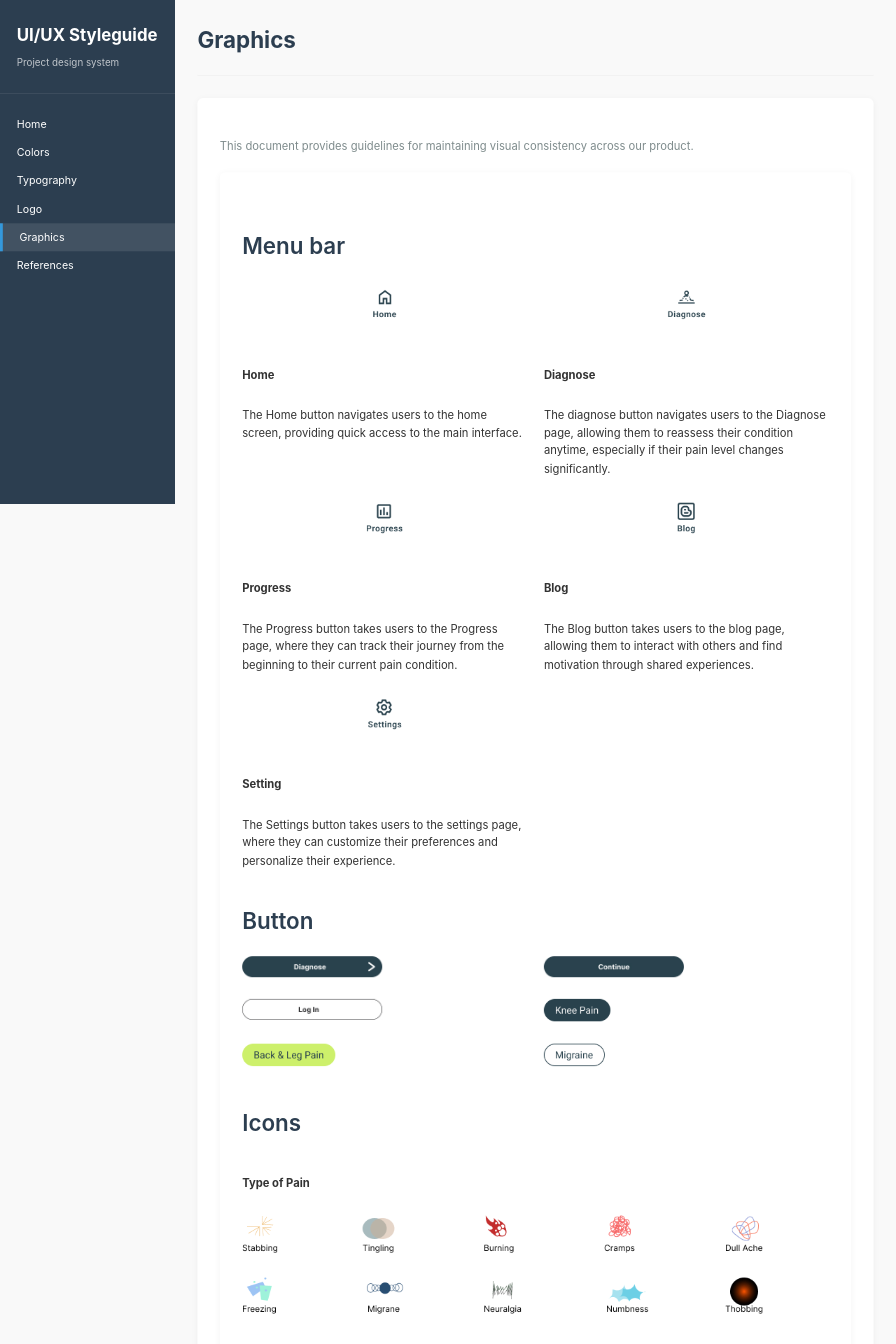
Repository: rosielee09/Heal_U
Page: graphics.html
These files come from the project's save history. The page is drawn as it stood at one moment and after the next save; the edit follows.
The browser window is 1280 px wide. The pictures show the part of the page from y = 0 to 1920 px (the page is 3079 px tall before and 2870 px after), at 70% of full size.

Above is the page before, as saved 2025-04-03 21:52:05.

### graphics.html
<!DOCTYPE html>
<html lang="en">
<head>
    <meta charset="UTF-8">
    <meta name="viewport" content="width=device-width, initial-scale=1.0">
    <link rel="stylesheet" href="styles.css">
    <title>Heal_U Styleguide</title>
</head>
<body>
    <div class="container">
        <!-- Sidebar Navigation -->
        <div class="sidebar">
            <div class="sidebar-header">
                <h1>UI/UX Styleguide</h1>
                <p>Project design system</p>
            </div>
            <ul class="nav">
                <li ><a href="index.html">Home</a></li>
                <li><a href="colors.html">Colors</a></li>
                <li><a href="typography.html">Typography</a></li>
                <li><a href="logo.html">Logo</a></li>
                <li class="active"><a href="graphics.html">Graphics</a></li>
                <li><a href="references.html">References</a></li>
            </ul>
        </div>

        <!-- Main Content - Home Page -->

        <div class="content">
            <header class="page-header">
                <h2>Graphics</h2>
            </header>

            <div class="component">
                <div class="component-header">
                  <p class="component-description">This document provides guidelines for maintaining visual consistency across our product.</p>
                </div>
           <!-- SECTION 1: menu bar -->
           <div class="component">
            <div class="component-header">

                <section class="component-section">
                    <h3 class="component-title">Menu bar</h3>
                    <div class="graphic-grid">
                        <!-- home -->
                        <div class="graphic-item">
                            <img class="graphic-menu__icon" src="/img/graphic-menu/home.png" alt="home">
                            <div class="graphic-info">
                                <h4 class="graphic-title">Home</h4>
                                <div>The Home button navigates users to the home screen, providing quick access to the main interface.</div>
                            </div>
                        </div>
                        <!-- diagnose -->
                        <div class="graphic-item">
                            <img class="graphic-menu__icon" src="/img/graphic-menu/diagnose.png" alt="diagnose">
                            <div class="graphic-info">
                                <h4 class="graphic-title">Diagnose </h4>
                                <div>The diagnose button navigates users to the Diagnose page, allowing them to reassess their condition anytime, especially if their pain level changes significantly.</div>
                            </div>
                        </div>
                        <!-- Progress -->
                        <div class="graphic-item">
                            <img class="graphic-menu__icon" src="/img/graphic-menu/progress.png" alt="Progress">
                            <div class="graphic-info">
                                <h4 class="graphic-title">Progress </h4>
                                <div>
                                    The Progress button takes users to the Progress page, where they can track their journey from the beginning to their current pain condition.</div>
                            </div>
                        </div>

                        <!-- blog -->
                        <div class="graphic-item">
                            <img class="graphic-menu__icon" src="/img/graphic-menu/blog.png" alt="blog">
                            <div class="graphic-info">
                                <h4 class="graphic-title">Blog </h4>
                                <div>The Blog button takes users to the blog page, allowing them to interact with others and find motivation through shared experiences.</div>
                        </div>
                        </div>

                        <!-- Setting -->
                        <div class="graphic-item">
                            <img class="graphic-menu__icon" src="/img/graphic-menu/setting.png" alt="Setting">
                            <div class="graphic-info">
                                <h4 class="graphic-title">Setting </h4>
                                <div>The Settings button takes users to the settings page, where they can customize their preferences and personalize their experience.</div>

                    </div>
                </div>
            </div>

<!-- button section -->
                <section class="component-section">
                    <h3 class="component-title">Button </h3>

                    <div class="graphic-grid">
                          <!-- fill button -->
                        <div class="graphic-item">
                            <img class="graphic-button__icon" src="/img/Appovation - buttons/Button-fill-withIcon.png" alt="fill-icon">
                        </div>
                        <div class="graphic-item">
                            <img class="graphic-button__icon" src="/img/Appovation - buttons/Button-fill.jpg" alt="fill">
                        </div>
                        <div class="graphic-item">
                            <img class="graphic-button__icon" src="/img/Appovation - buttons/Button-outline.jpg" alt="outline">
                        </div>
                        <div class="graphic-item">
                            <img class="graphic-button__icon" src="/img/Appovation - buttons/chips-fill.png" alt="chips">
                        </div>
                        <div class="graphic-item">
                            <img class="graphic-button__icon" src="/img/Appovation - buttons/chips-highlighted.png" alt="chips-highlighted">
                        </div>
                        <div class="graphic-item">
                            <img class="graphic-button__icon" src="/img/Appovation - buttons/chips-outlined.png" alt="chips-outlined">
                        </div>
                    </div>
                </section>

            <section class="component-section">
                <h3 class="component-title">Icons </h3>
                <h4 class="graphic-title">Type of Pain</h4>
                <div class="graphic-grid__icons">

                    <div class="graphic-item">
                        <img class="graphic-icons" src="/img/Appovation - icons/Icon-stabbing.png" alt="pain_type_icon">
                    </div>
                    <div class="graphic-item">
                        <img class="graphic-icons" src="/img/Appovation - icons/Icon-tingling.png" alt="pain_type_icon">
                    </div>
                    <div class="graphic-item">
                        <img class="graphic-icons" src="/img/Appovation - icons/Icon_Burning.png" alt="pain_type_icon">
                    </div>
                    <div class="graphic-item">
                        <img class="graphic-icons" src="/img/Appovation - icons/Icon_Cramps.png" alt="pain_type_icon">
                    </div>
                    <div class="graphic-item">
                        <img class="graphic-icons" src="/img/Appovation - icons/Icon_dull ache.png" alt="pain_type_icon">
                    </div>
                    <div class="graphic-item">
                        <img class="graphic-icons" src="/img/Appovation - icons/Icon_freezing.png" alt="pain_type_icon">
                    </div>
                    <div class="graphic-item">
                        <img class="graphic-icons" src="/img/Appovation - icons/Icon_Migrane.png" alt="pain_type_icon">
                    </div>
                    <div class="graphic-item">
                        <img class="graphic-icons" src="/img/Appovation - icons/Icon_neuralgia.png" alt="pain_type_icon">
                    </div>
                    <div class="graphic-item">
                        <img class="graphic-icons" src="/img/Appovation - icons/Icon_numbness.png" alt="pain_type_icon">
                    </div>
                    <div class="graphic-item">
                        <img class="graphic-icons" src="/img/Appovation - icons/Icon_thobbing.png" alt="pain_type_icon">
                    </div>

                </div>


                <h4 class="graphic-title">Pain Scale Animation Icon</h4>
                <div class="graphic-grid__icons">

                    <div class="graphic-item">
                        <img class="graphic-icons" src="/img/Appovation - icons/Pain_difference-slider-green.png" alt="pain_scale_icon">
                    </div>
                    <div class="graphic-item">
                        <img class="graphic-icons" src="/img/Appovation - icons/Pain_difference-slider-mild.png" alt="pain_scale_icon">
                    </div>
                    <div class="graphic-item">
                        <img class="graphic-icons" src="/img/Appovation - icons/Pain_difference-slider-middle.png" alt="pain_scale_icon">
                    </div>
                    <div class="graphic-item">
                        <img class="graphic-icons" src="/img/Appovation - icons/Pain_difference-slider-less-severe.png" alt="pain_scale_icon">
                    </div>
                    <div class="graphic-item">
                        <img class="graphic-icons" src="/img/Appovation - icons/Pain_difference-slider-severe.png" alt="pain_scale_icon">
                    </div>
                </div>
                <div class="graphic-item-grid1">
                    <img class="graphic-icons" src="/img/Appovation - icons/progress pain scale.png" alt="pain_scale_icon">
                </div>

        </section>

        <section class="component-section">
            <h3 class="component-title">Illustrations </h3>

            <div class="graphic-grid">
                  <!-- fill button -->
                <div class="graphic-item">
                    <img class="graphic-button__icon" src="/img/Appovation - illustration set/5214865 1.png" >
                </div>
                <div class="graphic-item">
                    <img class="graphic-button__icon" src="/img/Appovation - illustration set/AdobeStock_593962329 1.png">
                </div>
                <div class="graphic-item">
                    <img class="graphic-button__icon" src="/img/Appovation - illustration set/exercise 2.png" >
                </div>
                <div class="graphic-item">
                    <img class="graphic-button__icon" src="/img/Appovation - illustration set/Group 103.png" >
                </div>
                <div class="graphic-item">
                    <img class="graphic-button__icon" src="/img/Appovation - illustration set/Group 84.png" >
                </div>
                <div class="graphic-item">
                    <img class="graphic-button__icon" src="/img/Appovation - illustration set/Group 98.png" >
                </div>
            </div>
        </section>


</body>
<script src="script.js"></script>
</html>

### styles.css
* {
    margin: 0;
    padding: 0;
    box-sizing: border-box;
}

body {
    font-family: 'Inter', -apple-system, BlinkMacSystemFont, 'Segoe UI', Roboto, Oxygen, Ubuntu, Cantarell, sans-serif;
    line-height: 1.6;
    color: #333;
    background-color: #f9f9f9;
}

/* Layout */
.container {
    display: flex;
    min-height: 100vh;
}

/* Sidebar Navigation */
.sidebar {
    width: 250px;
    background-color: #2c3e50;
    color: #fff;
    padding: 2rem 0;
    position: fixed;
    height: 100vh;
    overflow-y: auto;
}

.sidebar-header {
    padding: 0 1.5rem 2rem;
    border-bottom: 1px solid rgba(255, 255, 255, 0.1);
}

.sidebar-header h1 {
    font-size: 1.5rem;
    font-weight: 700;
    margin-bottom: 0.5rem;
}

.sidebar-header p {
    font-size: 0.875rem;
    opacity: 0.7;
}

.nav {
    list-style: none;
    padding: 1.5rem 0;
}

.nav li {
    padding: 0.5rem 1.5rem;
}

.nav li.active {
    background-color: rgba(255, 255, 255, 0.1);
    border-left: 4px solid #3498db;
}

.nav a {
    color: #fff;
    text-decoration: none;
    display: block;
    font-size: 0.95rem;
    transition: all 0.2s;
}

.nav a:hover {
    opacity: 0.8;
}

/* Main Content */
.content {
    flex: 1;
    padding: 2rem;
    margin-left: 250px;
    max-width: calc(100% - 250px);
}

.page-header {
    margin-bottom: 2rem;
    padding-bottom: 1rem;
    border-bottom: 1px solid #eee;
}

.page-header h2 {
    font-size: 2rem;
    font-weight: 700;
    color: #2c3e50;
    margin-bottom: 0.5rem;
}

.page-header p {
    color: #7f8c8d;
    font-size: 1.1rem;
}

/* Components Common Styles */
.component {
    background-color: #fff;
    border-radius: 8px;
    box-shadow: 0 2px 10px rgba(0, 0, 0, 0.05);
    padding: 2rem;
    margin-bottom: 2rem;
}

.component-section{
    margin-top: 3rem;
}

.component-header {
    margin-top: 1.5rem;
    margin-bottom: 1.5rem;
}

.component-title {
    font-size: 2rem;
    font-weight: 600;
    margin-top: 1.5rem;
    margin-bottom: 1.5rem;
    color: #2c3e50;
}

.component-description {
    color: #7f8c8d;
}


    /* Color Styles */
.color-grid {
    display: grid;
    grid-template-columns: repeat(auto-fill, minmax(300px, 1fr));
    gap: 1.5rem;
}

.color-grid__onlycolor {
    display: grid;
    grid-template-columns: repeat(auto-fill, minmax(300px, 2fr));
    gap: 1.5rem;
    align-items: center;
}

.color-grid__Accessiblilliy {
    display: grid;
    grid-template-columns: repeat(auto-fit, minmax(clamp(300px, 50%, 400px), 1fr));
    gap: 1.5rem;
}

.color-item {
    border-radius: 6px;
    overflow: hidden;
    box-shadow: 0 2px 5px rgba(0, 0, 0, 0.1);
}

.color-preview {
    height: 120px;
}

.color-info {
    padding: 1rem;
    background-color: #fff;
}

.color-name {
    font-weight: 600;
    margin-bottom: 0.25rem;
}

.color-value {
    font-family: monospace;
    color: #7f8c8d;
    font-size: 0.85rem;
}

.color__primary--preview{
    background-color: #29424D;
}

.color__secondary--preview{
    background-color: #CFC4F4;
}

.color__tertiary--preview {
    background-color: #F8F3EC;
}

.color__accent--preview{
    background-color: #CDF06B;
}

.color__success--preview{
    background-color: #138636;
}

.color__error--preview{
    background-color: #C32D2D;
}

.color__warning--preview{
    background-color: #FFBD11;
}

.color__info--preview{
    background-color: #4976BA;
}

.color__background--preview{
    background-color: #fff;
}

.color__text--preview{
    background-color: #2E2E30;
}

.color-accessiblillity-img {
    width: 100%;
    height: 70%;
}

.color-example-img{
    align-items: center;
}


/* Graphics */
.graphic-grid {
    display: grid;
    grid-template-columns: repeat(auto-fill, minmax(300px, 2fr));
    gap: 1.5rem;

}

/* section__icons */
.graphic-grid__icons{
    display: grid;
    grid-template-columns: repeat(5, 1fr);
    gap: 1.5rem;
}

.graphic-item{
   justify-items: center;
}

.graphic-menu__icon{
    margin: 10px;
}
.graphic-title{
    margin-top: 3rem;
    margin-bottom: 2rem;
}

.graphic-item-grid1{
    margin-top: 1.5rem;
}

.graphic-button__icon{
    max-width: 200px;
    max-height: 200px;
}

/* Typography */

/* Import Roboto font with multiple weights */
@import url('https://fonts.googleapis.com/css2?family=Roboto:wght@400;500;700&display=swap');


/* Table styling */
table {
  width: 100%;
  border-collapse: collapse;
  font-family: 'Roboto', sans-serif;
  margin: 2rem 0;
}

th {
  background-color: #f8f9fa;
  color: #212529;
  padding: 12px 16px;
  text-align: left;
  font-weight: 500;
  border-bottom: 2px solid #dee2e6;

}

td {
  padding: 16px;
  border-bottom: 1px solid #e9ecef;
  vertical-align: top;
}

/* Remove default list styling */
td li {
  list-style: none;
  margin: 4px 0;
  padding-left: 0;
}



.content-image {
  margin: auto;
  display: block;
  padding: 1rem;
}

.center {
  text-align: center;
}



.typography-item {
    margin-bottom: 2rem;
}


.heading1 {
  font-family: 'Roboto', sans-serif;
  font-size: 40px;
  line-height: 48px;
  font-weight: 700;
  color: #212529;

}

.heading2 {
  font-family: 'Roboto', sans-serif;
  font-size: 32px;
  line-height: 40px;
  font-weight: 700;
  color: #212529;
}

.section-header {
  font-family: 'Roboto', sans-serif;
  font-size: 24px;
  line-height: 32px;
  font-weight: 700;
  color: #212529;
}

.sub-header {
  font-family: 'Roboto', sans-serif;
  font-size: 20px;
  line-height: 28px;
  font-weight: 700;
  color: #212529;
}

.body-bold {
  font-family: 'Roboto', sans-serif;
  font-size: 16px;
  line-height: 24px;
  font-weight: 700;
  color: #212529;
}


.body {
  font-family: 'Roboto', sans-serif;
  font-size: 16px;
  line-height: 24px;
  font-weight: 400;
  color: #212529;
}

.small {
  font-family: 'Roboto', sans-serif;
  font-size: 14px;
  line-height: 20px;
  font-weight: 400;
  color: #212529;
}

.small-italic {
  font-family: 'Roboto', sans-serif;
  font-style: italic;
  font-size: 14px;
  line-height: 20px;
  font-weight: 400;
  color: #212529;
}

.tiny-bold {
  font-family: 'Roboto', sans-serif;
  font-size: 12px;
  line-height: 18px;
  font-weight: 700;
  color: #212529;
}

.tiny {
  font-family: 'Roboto', sans-serif;
  font-size: 12px;
  line-height: 18px;
  font-weight: 400;
  color: #212529;
}

.mini {
  font-family: 'Roboto', sans-serif;
  font-size: 8px;
  line-height: 12px;
  font-weight: 400;
  color: #212529;
  letter-spacing: 0.5px;
}

/* Add zebra striping for better readability */
tbody tr:nth-child(odd) {
  background-color: #f8f9fa;
}

Loaded but not shown: script.js (no stored copy; drawn as an empty file)

After the next save:
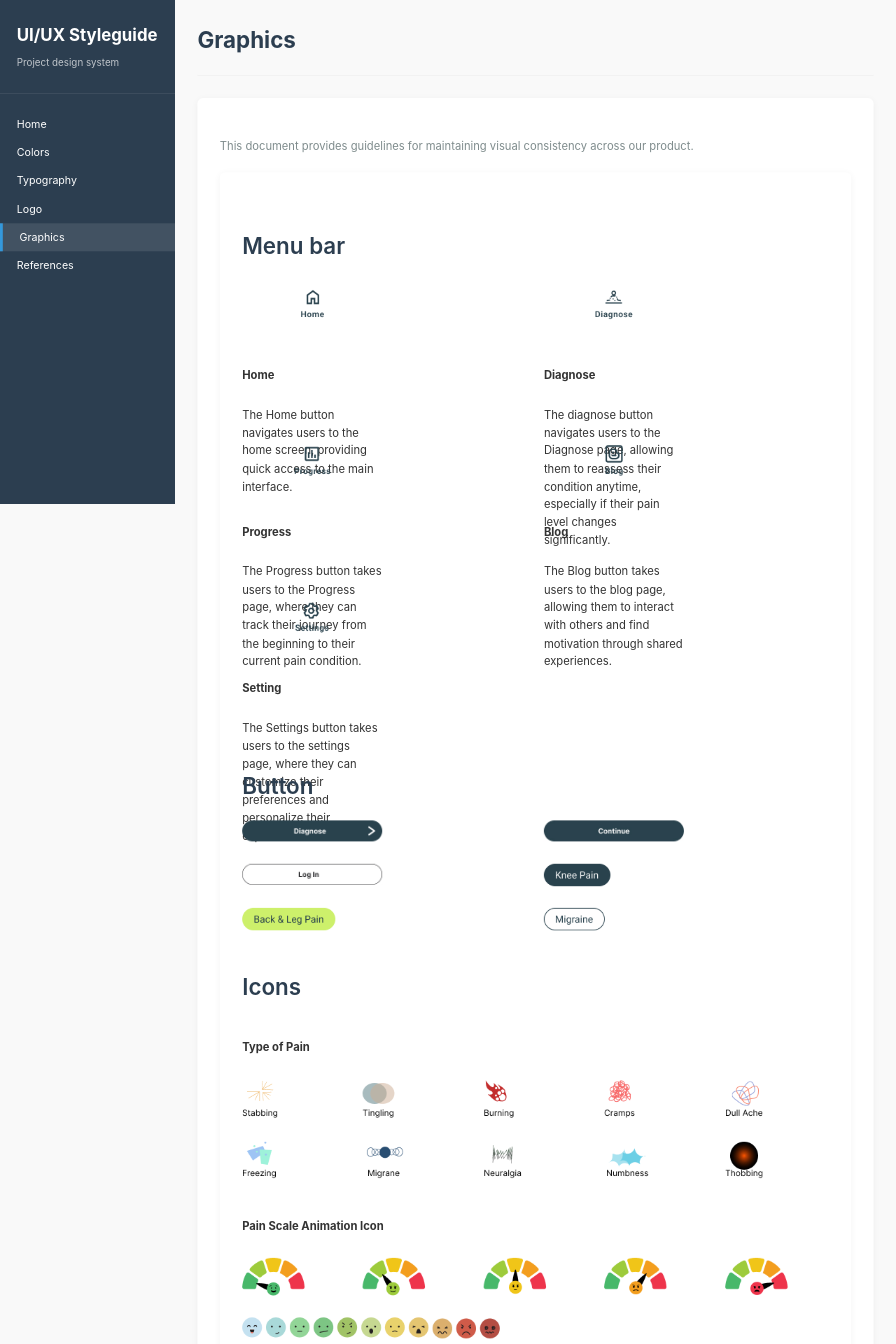
Saved 29 s later.
--- a/styles.css
+++ b/styles.css
@@ -240,6 +240,8 @@ body {
 
 .graphic-item{
    justify-items: center;
+   max-width: 200px;
+   max-height: 200px;
 }
 
 .graphic-menu__icon{

After the save that followed:
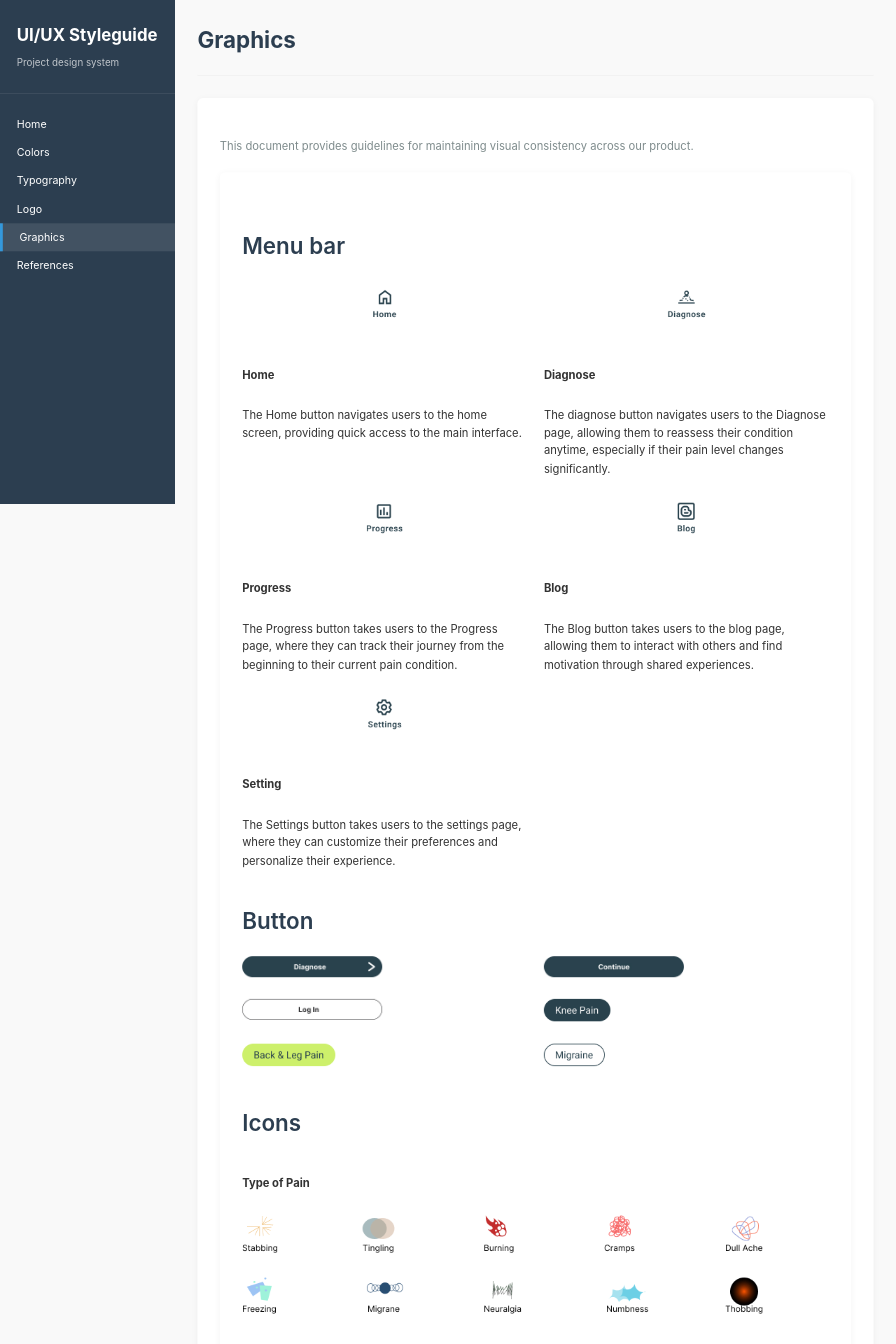
Saved 24 s later.
--- a/styles.css
+++ b/styles.css
@@ -240,8 +240,7 @@ body {
 
 .graphic-item{
    justify-items: center;
-   max-width: 200px;
-   max-height: 200px;
+
 }
 
 .graphic-menu__icon{
